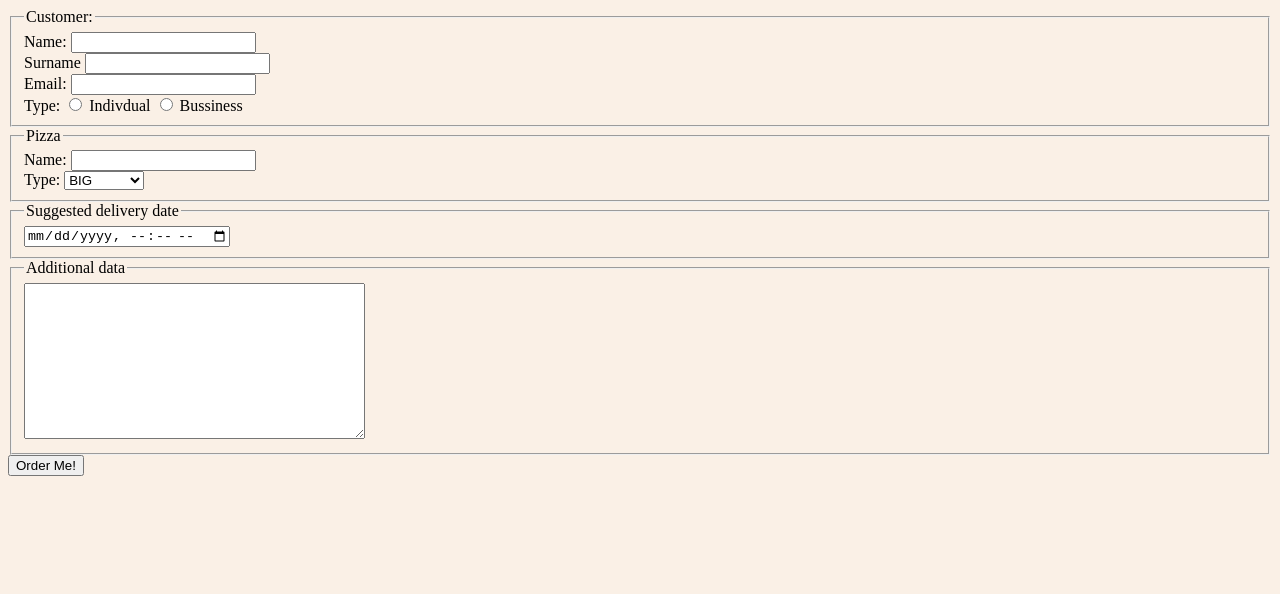
Repository: wisni4k/html-trainee
Page: testWeb/WebContent/Formularz.html
These files come from the project's save history. The page is drawn as it stood at one moment and after the next save; the edit follows.
The browser window is 1280 px wide. The pictures show the whole page.

Above is the page before, as saved 2015-07-10 12:47:09.

After the next save:
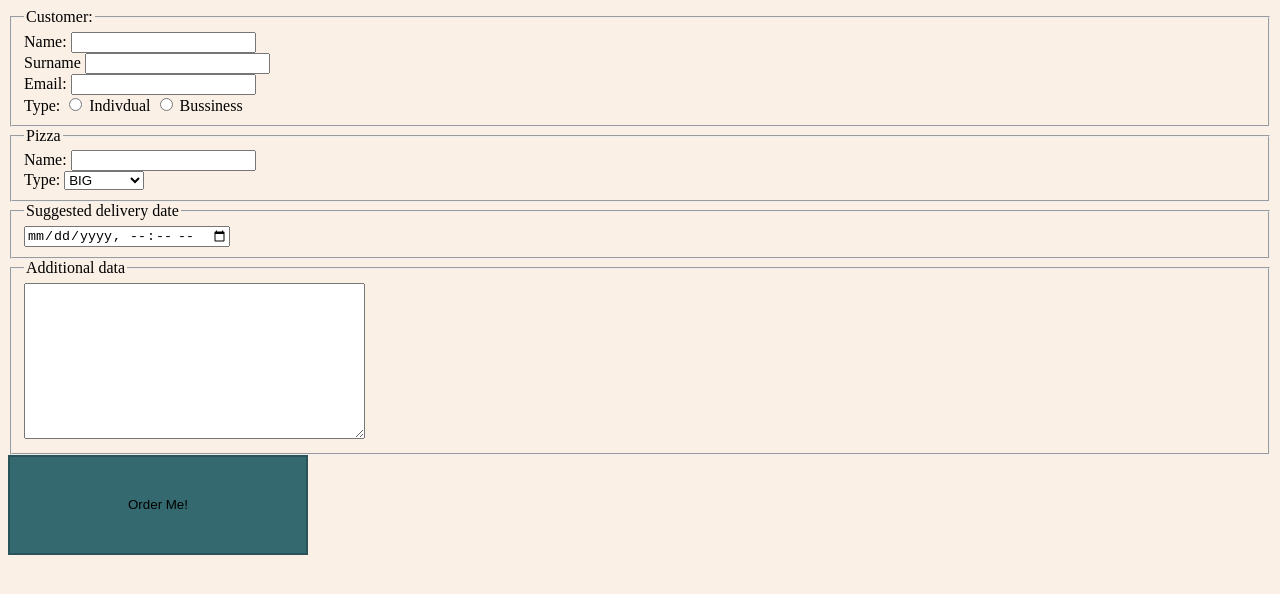
Saved 6 s later.
--- a/testWeb/WebContent/FromularzStyle.css
+++ b/testWeb/WebContent/FromularzStyle.css
@@ -4,7 +4,7 @@
     background-color: linen;
 }
 
-#button {
+button {
     display: block;
     height: 100px;
     width: 300px;

After the save that followed:
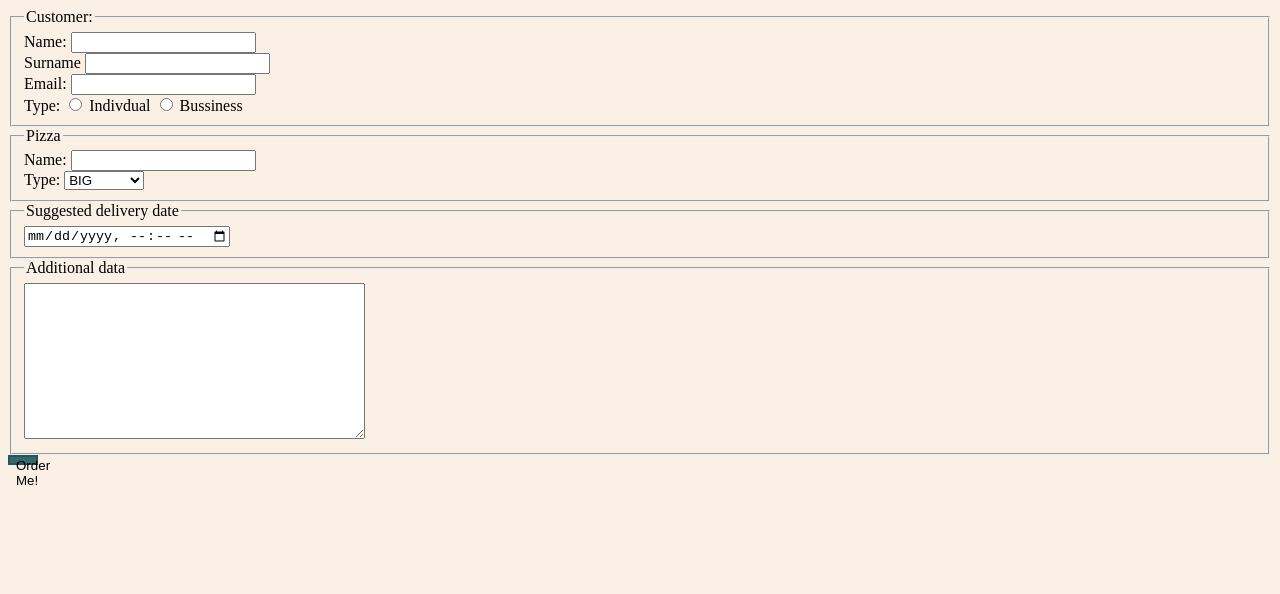
Saved 14 s later.
--- a/testWeb/WebContent/FromularzStyle.css
+++ b/testWeb/WebContent/FromularzStyle.css
@@ -6,8 +6,8 @@
 
 button {
     display: block;
-    height: 100px;
-    width: 300px;
+    height: 10px;
+    width: 30px;
     background: #34696f;
     border: 2px solid rgba(33, 68, 72, 0.59);
 }
